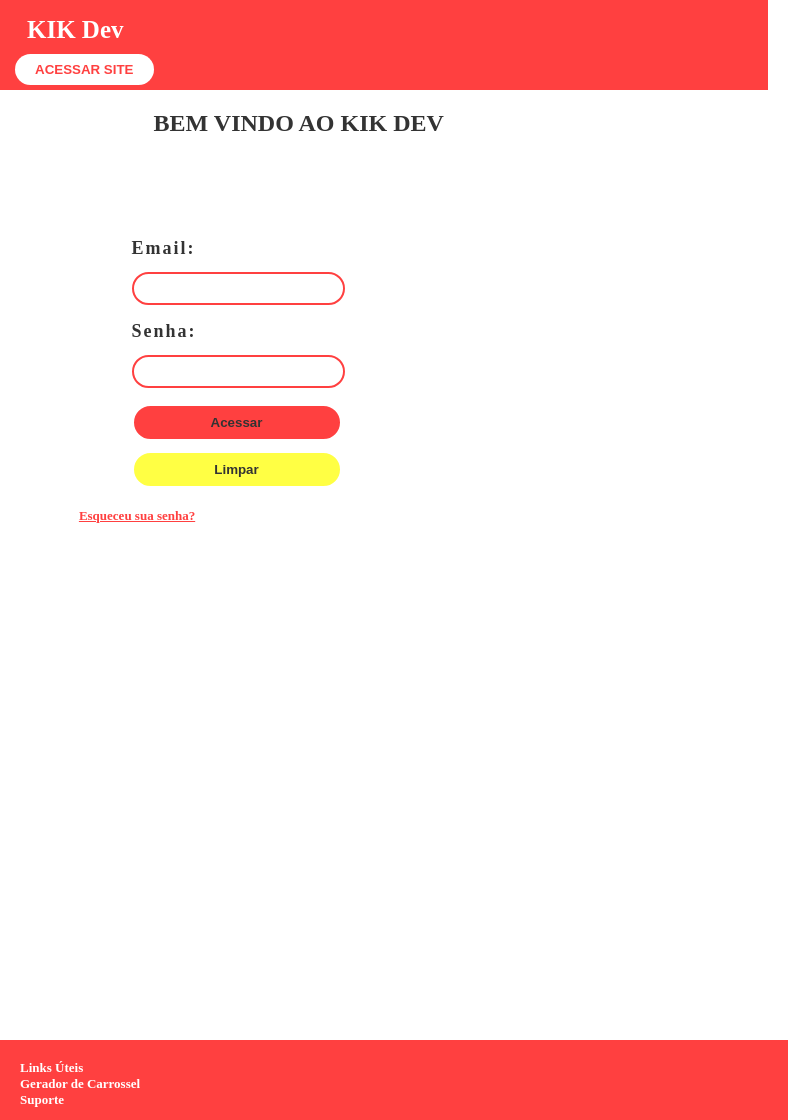
Repository: devgabrielvieira/kikdev
Page: index.html
These files come from the project's save history. The page is drawn as it stood at one moment and after the next save; the edit follows.
The browser window is 768 px wide. The page is 788 px wide, so the pictures cover 788 px, including what lies to the right of the window. The pictures show the whole page.

Above is the page before, as saved 2022-10-30 18:25:42.

After the next save:
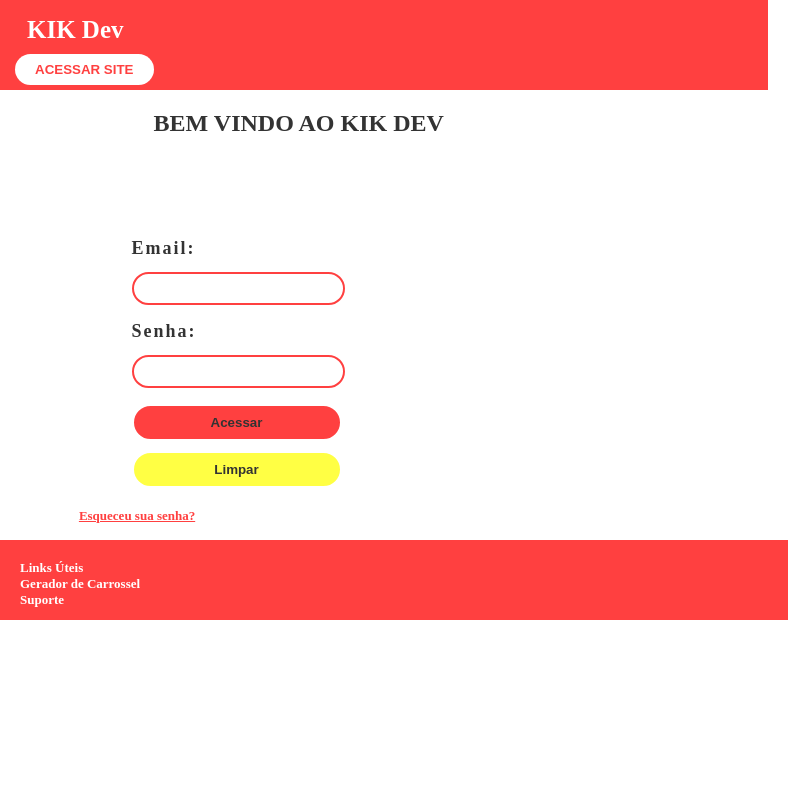
Saved 5 s later.
--- a/style-mobile.css
+++ b/style-mobile.css
@@ -45,7 +45,7 @@
         position: relative;
         height: 2.5rem;
         width: 100%;
-        bottom: -500px;
+        bottom: -00px;
 
     }
 
